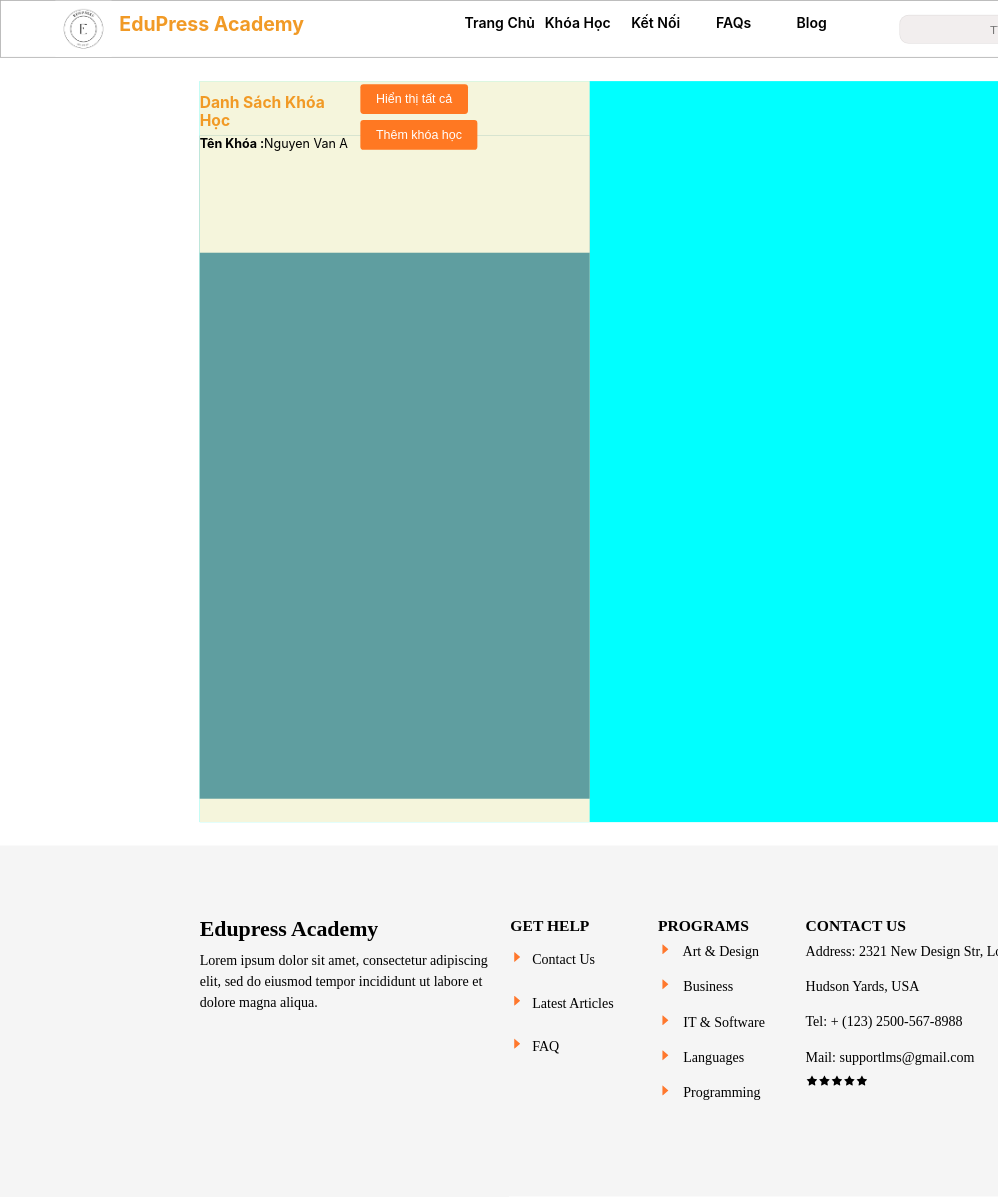
Repository: hieu1802/WebsiteEdupress
Page: /Management (app in my-app/Fontend/)
These files come from the project's save history. The page is drawn as it stood at one moment and after the next save; the edit follows.
The browser window is 1280 px wide. The pictures show the whole page, at 78% of full size.
The page's requests for data from a server got no answer. The project was rebuilt for these pictures with package versions that can differ from the ones it lists, and the page was loaded fresh each time. No one was signed in, and anything a server would have sent is missing. Also part of the build but not shown: my-app/Fontend/src/App.css, my-app/Fontend/src/Components/data/topCategories.jsx, my-app/Fontend/src/Components/HomePage/ContainerPage.jsx, my-app/Fontend/src/Components/HomePage/HomePage.jsx, my-app/Fontend/src/Components/Login/Login.css, my-app/Fontend/src/Components/Modal/Modal.css, my-app/Fontend/src/Components/Modal/Modal.jsx, my-app/Fontend/src/Components/Login/Login.jsx and 41 more.

Above is the page before, as saved 2024-11-03 13:08:06.

### my-app/Fontend/src/App.jsx
import logo from "./logo.svg";
import "./App.css";
import HomePage from "./Components/HomePage/HomePage.jsx";
import { BrowserRouter as Router, Routes, Route } from "react-router-dom";
import Login from "./Components/Login/Login";
import Register from "./Components/Register/Register";
import AdminPage from "./Components/AdminPage/AdminPage";
import LostPass from "./Components/LostPass/LostPass";
import CouresPage from "./Components/CouresPage/CouresPage.jsx";
import BlogPage from "./Components/BlogPage/BlogPage.jsx";
import ProtectedRoute from "./Components/ProtectedRoute.jsx";
import InfoCustomer from "./Components/InfoCustomer/InfoCustomer.jsx";
import CourseDetail from "./Course-detail/Coursedetail.js";
import DeleteAccount from "./Components/DeleteAccount/DeleteAccount.jsx";
import ContactPage from "./Components/ContactPage/ContactPage.jsx";
import FAQs from "./Components/FAQs/FAQs.jsx";
import Management from "./Components/Management/Management.jsx";


function App() {
  return (
    <>
      <Router>
        <Routes>
          <Route path="/" element={<HomePage />} />
          <Route path="/login" element={<Login />} />
          <Route path="/register" element={<Register />} />
          <Route path="/Management" element={<Management />} />
          <Route
            path="/admin"
            element={<ProtectedRoute component={AdminPage} />}
          />
          <Route path="/lostPass" element={<LostPass />} />
          <Route path="/CouresPage" element={<CouresPage />} />
          <Route path="/info-customer" element={<InfoCustomer />} />
          <Route path="/BlogPage" element={<BlogPage />} />
          <Route path="/Coursedetail" element={<CourseDetail />} />
          <Route path="/Coursedetail/:id" element={<CourseDetail />} />
          <Route path="/delete-account" element={<DeleteAccount />} />
          <Route path="/ContactPage" element={<ContactPage />} />
          <Route path="/FAQsPage" element={<FAQs />} />
        </Routes>
      </Router>
    </>
  );
}

export default App;

### my-app/Fontend/src/Components/Management/Management.jsx
import React from 'react'
import Header from '../HomePage/Header'
import Footer from '../HomePage/Footer'
import ContainerManagement from './ContainerManagement'
import './Management.css'

function Management() {
  return (
    <>
      <Header/>
      <ContainerManagement/>
      <Footer/>
    </>
  )
}

export default Management

### my-app/Fontend/src/Components/HomePage/Footer.jsx
import React from 'react'
import { AiFillStar,AiFillCaretRight } from "react-icons/ai";

function Footer() {
  return (
    <div className='footerPage'>
        <div className='footerContaier'>
            <div className='footerEdupress'>
                <h2>Edupress Academy</h2>
                <p>Lorem ipsum dolor sit amet, consectetur adipiscing elit, sed do eiusmod tempor incididunt ut labore et dolore magna aliqua.</p>
            </div>
            <div className='footerHelp'>
                <h2>GET HELP</h2>
                <a href='#'><AiFillCaretRight  style={{color:'FF782D', marginRight:'10px'}}/>Contact Us</a>
                <a href='#'><AiFillCaretRight  style={{color:'FF782D', marginRight:'10px'}}/>Latest Articles</a>
                <a href='#'><AiFillCaretRight  style={{color:'FF782D', marginRight:'10px'}}/>FAQ </a>
            </div>
            <div className='footerPrograms'>
                <h2>PROGRAMS</h2>
                <a href='#'><AiFillCaretRight  style={{color:'FF782D', marginRight:'10px'}}/> Art & Design</a>
                <a href='#'><AiFillCaretRight  style={{color:'FF782D', marginRight:'10px'}}/> Business</a>
                <a href='#'><AiFillCaretRight  style={{color:'FF782D', marginRight:'10px'}}/> IT & Software </a>
                <a href='#'><AiFillCaretRight  style={{color:'FF782D', marginRight:'10px'}}/> Languages </a>
                <a href='#'><AiFillCaretRight  style={{color:'FF782D', marginRight:'10px'}}/> Programming </a>
            </div>
            <div className='footerContact'>
                <h2>CONTACT US</h2>
                <p>Address: 2321 New Design Str, Lorem Ipsum10 Hudson Yards, USA</p>
                <p>Tel: + (123) 2500-567-8988<br/>
                Mail: supportlms@gmail.com</p>
                <span><AiFillStar/><AiFillStar/><AiFillStar/><AiFillStar/><AiFillStar/></span>
            </div>
        </div>
    </div>
  )
}

export default Footer

### my-app/Fontend/src/Components/AdminPage/AdminPage.css
.admin {
  font-family: Arial, sans-serif;
  padding: 20px;

  h1 {
    color: #ff7822;
  }

  h2 {
    color: #ff7822;
    margin-top: 30px;
  }

  table.listAcc {
    width: 100%;
    border-collapse: collapse;
    margin-top: 20px;

    th,
    td {
      border: 1px solid #ddd;
      padding: 8px;
      text-align: left;
    }

    th {
      background-color: #ff7822;
      color: white;
    }

    tr:nth-child(even) {
      background-color: #f2f2f2;
    }

    tr:hover {
      background-color: #ddd;
    }

    select {
      padding: 5px;
      border-radius: 4px;
      border: 1px solid #ccc;
    }
  }
}

button {
  background-color: #ff7822;
  color: white;
  border: none;
  padding: 10px 20px;
  text-align: center;
  text-decoration: none;
  display: inline-block;
  font-size: 16px;
  margin: 4px 2px;
  cursor: pointer;
  border-radius: 4px;
}

button:hover {
  background-color: #e56b1f;
}

form {
  margin-top: 20px;

  input[type="text"],
  input[type="password"],
  select {
    width: 100%;
    padding: 12px 20px;
    margin: 8px 0;
    display: inline-block;
    border: 1px solid #ccc;
    border-radius: 4px;
    box-sizing: border-box;
  }

  button {
    width: 100%;
    background-color: #ff7822;
    color: white;
    padding: 14px 20px;
    margin: 8px 0;
    border: none;
    border-radius: 4px;
    cursor: pointer;
  }

  button:hover {
    background-color: #e56b1f;
  }

  .input-group {
    position: relative;

    input[type="password"],
    input[type="text"] {
      padding-right: 40px;
    }

    .toggle-password-visibility {
      position: absolute;
      right: 10px;
      top: 50%;
      transform: translateY(-50%);
      cursor: pointer;
      color: #555;
    }
  }
}

@media (max-width: 480px) {
  .admin {
    padding: 10px;
  }

  table.listAcc {
    font-size: 12px;
  }

  th,
  td {
    padding: 6px;
  }

  .toggle-password-visibility {
    right: 5px;
  }

  form {
    margin-top: 10px;
  }

  input[type="text"],
  input[type="password"],
  select {
    padding: 10px;
    font-size: 14px;
  }

  button {
    padding: 10px 15px;
    font-size: 14px;
  }
}

### my-app/Fontend/src/Components/ContactPage/Contact.css
*{
    margin: 0;
    padding: 0;
}

.contactContainer{
    width: 1175px;
    height: 900px;
    margin-left: 20%;
    margin-top: 30px;
}

.contactBox{
    width: 100%;
    height: 450px;
    display: flex;
}

.contactInf{
    width: 400px;
    height: 300px;
}
.contactInf > h1{
    font-family: Exo;
    font-size: 36px;
    font-weight: 600;
    line-height: 43.2px;
    text-align: left;
    color: #000;
}

.info{
    width: 100%;
    height: 200px;
    margin-top: 30px;
}

.info > p{
    font-family: Jost;
    font-size: 18px;
    font-weight: 400;
    line-height: 27px;
    text-align: left;
}

.infoPhone{
    width: 250px;
    height: 50px;
    margin-top: 15px;
    display: flex;
}

.iconsInfo{
    width: 60px;
    height: 50px;
}

.iconsInfo > img{
    width: 100%;
    height: 100%;
}

.textInfo{
    width: 180px;
    height: 50px;
    margin-left: 10px;
    display: flex;
    flex-direction: column;
    justify-content: space-between;
}

.contactMap{
    width: 700px;
    height: 450px;
    margin-left: 30px;
    border-radius: 20px;
}

.contactMap > img{
    width: 100%;
    height: 100%;
    border-radius: 20px;
}

.contactUs{
    width: 100%;
    height: 400px;
    margin-top: 150px;
}

### my-app/Fontend/src/Components/FAQs/FAQs.css
*{
    padding: 0;
    margin: 0;
}

.ContainerFAQs{
    width: 1175px;
    height: 600px;
    margin-left: 20%;
    margin-top: 30px;
}

.ContainerFAQs > p{
    font-size: 16px;
    margin-top: 10px;
    margin-bottom: 10px;

}

.ContainerFAQs > img {
    width: 100%;
    height: 100%;
}

### my-app/Fontend/src/Components/Management/ContainerManagement.jsx
import React from 'react'
import ManagementCourse from './ManagementCourse'


function ContainerManagement() {
  return (
    <div className='managementContainer'>
      <ManagementCourse/>
    </div>
  )
}

export default ContainerManagement

### my-app/Fontend/src/Components/Management/Management.css
*{
    margin: 0;
    padding: 0;
}

.managementContainer{
    width: 1175px;
    height: 950px;
    margin-left: 20%;
    display: flex;
    margin-top: 30px;
    background-color: aqua;
}

.managementCourseContainer{
    width: 500px;
    height: 950px;
    background-color: beige;
}

.courseTitle{
    width: 100%;
    height: 50px;
    display: flex;
    justify-content: space-between;
}

.courseTitle > h3{
    font-size: 20px;
}

.courseMain{
    width: 100%;
    height: 850px;
    background-color: cadetblue;
    margin-top: 20px;
}

.boxCourse{
    width: 500px;
    height: 150px;
    margin-top: 15px;
    display: flex;
    background-color:beige
}

### my-app/Fontend/src/Components/data/FeaturedCoursesDaa.jsx
import img04 from "../img/img04.png";
import img05 from "../img/img05.png";
import img06 from "../img/img06.png";
import img07 from "../img/img07.png";
import img08 from "../img/img08.png";
import img09 from "../img/img09.png";

const topCourses = [
  {
    id: 1,
    img: img04,
    time: '2',
    student: '50',
    price: '4.000.000đ',
    sale: '2.000.000đ',
    lessons: '20',
    author: 'Christopher',
    courseName: 'Create an LMS Website with LearnPress'

  },
  {
    id: 2,
    img: img05,
    time: '3',
    student: '60',
    price: '5.000.000đ',
    sale: '2.500.000đ',
    lessons: '10',
    author: 'James',
    courseName: 'Create an CSS Website '
  },
  {
    id: 3,
    img: img06,
    time: '4',
    student: '90',
    price: '7.000.000đ',
    sale: '3.000.000đ',
    lessons: '25',
    author: 'Rebecca',
    courseName: 'Create an HTML Website '
  },
  {
    id: 4,
    img: img07,
    time: '2',
    student: '60',
    price: '6.000.000đ',
    sale: '3.500.000đ',
    lessons: '15',
    author: 'Jennifer',
    courseName: 'Create an CSS and REACT Website '
  },
  {
    id: 5,
    img: img08,
    time: '2',
    student: '70',
    price: '8.000.000đ',
    sale: '4.000.000đ',
    lessons: '24',
    author: 'Matthew',
    courseName: 'Create an REACT and SCSS Website '
  },
  {
    id: 6,
    img: img09,
    time: '2',
    student: '80',
    price: '9.000.000đ',
    sale: '6.000.000đ',
    lessons: '26',
    author: 'Daniel',
    courseName: 'Create an HTML and SCSS Website '
  },
];

export { topCourses }

### my-app/Fontend/src/Components/CouresPage/Container.css
*{
    margin: 0;
    padding: 0;
}

.container{
    width: 1175px;
    height: 1800px;
    margin-left: 20%;
    display: flex;
}

.boxProduct{
    width: 880px;
    height: 100%;
    padding-left:20px;
}

.boxProduct > h2{
    font-family: Exo;
    font-size: 36px;
    font-weight: 600;
    line-height: 43.2px;
    text-align: left;
}

.boxContent{
    width: 800px;
    height: 250px;
    margin-top: 30px;
    display: flex;
    border-radius: 20px 0 0 20px;
    border: 1px solid #00000048;
}

.boxImg{
    width: 300px;
    height: 100%;
}
.boxImg > img{
    width: 100%;
    height: 100%;
    border-radius: 20px 0 0 20px;
}

.boxTexT{
    width: 500px;
    height: 100%;
}

.text{
    width: 420px;
    height: 150px;
    display: flex;
    margin-left: 30px;
    flex-direction: column;
    justify-content: space-between;
}

.text > h4{
    margin-top: 10px;
    font-family: Jost;
    font-size: 24px;
    font-weight: 400;
    line-height: 24px;
    text-align: left;
}

.text > h5{
    font-family: Exo;
    font-size: 20px;
    font-weight: 600;
    line-height: 24px;
    text-align: left;
}

.iconsValue{
    width: 100%;
    height: 40px;
    display: flex;
    justify-content: space-between;
}

.icons{
    color: rgba(241, 152, 34, 0.979);
    font-size: 24px;
    margin-top: 8px;
}
.iconsValue> span{
    font-size: 18px;
}

.boxPrice{
    width: 100%;
    height: 50px;

    margin-top: 50px;
    display: flex;
    justify-content: space-between;
}

.priceBox{
    width: 280px;
    height: 100%;
    display: flex;
}

.priceBox > p{
    text-decoration: line-through;
    color: var(--Grey, #9D9D9D);
    font-weight: 700;
    margin-right: 10px;
    margin-left: 30px;
    font-size: 20px;
}

.priceBox > span{
    color: green;
    font-weight: 700;
    font-size: 20px;
}

.btnClick{
    width: 180px;
    height: 40px;
    border-radius: 24px;
    border: 1px solid #000;
    cursor: pointer;
    margin-right: 20px;
}

.btnClick > p{
    text-align: center;
    margin-top: 8px;
    font-weight: 600;
    color: red;
}

.btnClick:hover{
    background-color: red;
}

.btnClick > p:hover{
    color: #fff;
}

.boxSearch{
    width: 300px;
    height: 90%;
    background-color: beige;
}

.boxSearch > h2{
    font-family: Exo;
    font-size: 36px;
    font-weight: 600;
    line-height: 43.2px;
    text-align: left;
}

.searchValue{
    width: 100%;
    height: 500px;
    margin-top: 20px;
}

.searchValue > p{
    font-family: Exo;
    font-size: 24px;
    font-weight: 600;
    line-height: 43.2px;
    text-align: left;
    margin-bottom: 30px;
}

### my-app/Fontend/src/Course-detail/RegisterCourse.css
*{
    margin: 0;
    padding: 0;
}



.registration-form {
    position: relative;
    height: fit-content;
    padding: 20px;
    margin-left: 222px;
    display: flex;
    border: 1px solid black;
    width: 600px;
    flex-direction: column;

}

.registration-form label input {
    font-size: 25px;
    margin-left: 13px;
    border: none;
    border-bottom: 1px solid gray;
    width: 50%;
    height: 30px;
}


input:focus {
    outline: none;
}

.registration-form label {
    font-size: 25px;
}

.registration-form h2 {
    text-align: center;
}

.sale-course-price {
    font-size: 25px;
    margin: 15px 0 15px 0;
    width: fit-content;
}

.sale-price-form {
    margin-bottom: 20px;

    display: flex;
    justify-content: start;
}

.original-form-price {
    width: 600px;
    align-items: baseline;
    border-bottom: 3px solid black;
}

.phone-register-course {
    height: 30px;
    margin-top: 8px;
}

.payment-logo {
    display: flex;
    justify-content: space-around;
}

.payment-logo span {
    width: fit-content;
    cursor: pointer;
    border: 1px solid gray;


}

.payment-logo img {
    width: 100px;
    height: 100px;

}

.qr-code {

    width: fit-content;
    height: fit-content;
}

.qr-code img {
    width: 100%;
    height: 100%;
}

.original-priceS{
    text-decoration: line-through;
    color: #999;
    margin-right: 10px;
    font-size: 20px;
    margin-left: 10px;
    font-weight: 600;
}

.all-price > span{
    color: green;
    font-weight: 700;
}

.imgQr{
    width: 400px;
    height: 400px;
    margin-left: 30%;
}

### my-app/Fontend/src/Components/Management/ManagementCourse.jsx
import React, { useEffect, useState } from 'react';
import {
  AiFillSignal,
  AiOutlineUserAdd,
  AiOutlineClockCircle,
  AiFillBook
} from "react-icons/ai";
import { Link } from 'react-router-dom';
import axios from 'axios';

function ManagementCourse() {
  const [courses, setCourses] = useState([]);

    useEffect(() => {
        axios.get('http://localhost:8080/api/v1/courses')
            .then(response => {
                setCourses(response.data);
            })
            .catch(error => {
                console.error('There was an error fetching the courses!', error);
            });
    }, []);
  return (
    <div className='managementCourseContainer'>
        <div className='courseTitle'>
            <h3>Danh Sách Khóa Học</h3>
            <div>
              <button>Hiển thị tất cả</button>
              <button>Thêm khóa học</button>
            </div>
        </div>
        <div className='courseMain'>
            <div className='boxCourse'>
                <h4>Tên Khóa :</h4> <span>Nguyen Van A</span>
            </div>
        </div>
    </div>
  )
}

export default ManagementCourse

Loaded but not shown: my-app/Fontend/public/index.html (common file); my-app/Fontend/src/index.js (common file); my-app/Fontend/src/index.css (common file); my-app/Fontend/src/reportWebVitals.js (common file); my-app/Fontend/src/Components/HomePage/HomePage.css (871 lines, source omitted); my-app/Fontend/src/Components/HomePage/Header.jsx (141 lines, source omitted); my-app/Fontend/src/Components/BlogPage/BlogPage.css (218 lines, source omitted)

After the next save:
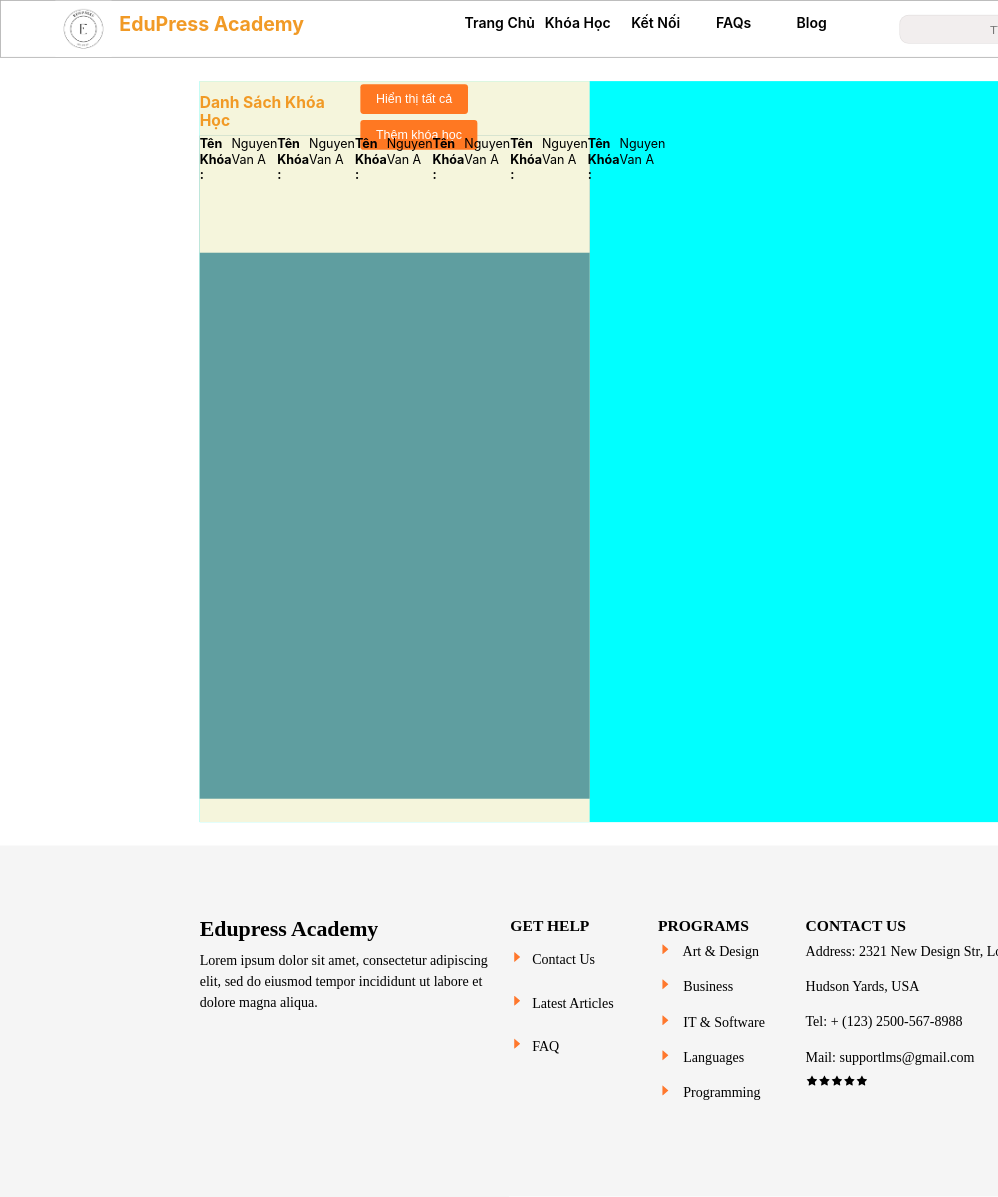
Saved 89 s later.
--- a/my-app/Fontend/src/Components/Management/ManagementCourse.jsx
+++ b/my-app/Fontend/src/Components/Management/ManagementCourse.jsx
@@ -32,6 +32,11 @@
         <div className='courseMain'>
             <div className='boxCourse'>
                 <h4>Tên Khóa :</h4> <span>Nguyen Van A</span>
+                <h4>Tên Khóa :</h4> <span>Nguyen Van A</span>
+                <h4>Tên Khóa :</h4> <span>Nguyen Van A</span>
+                <h4>Tên Khóa :</h4> <span>Nguyen Van A</span>
+                <h4>Tên Khóa :</h4> <span>Nguyen Van A</span>
+                <h4>Tên Khóa :</h4> <span>Nguyen Van A</span>
             </div>
         </div>
     </div>

After the save that followed:
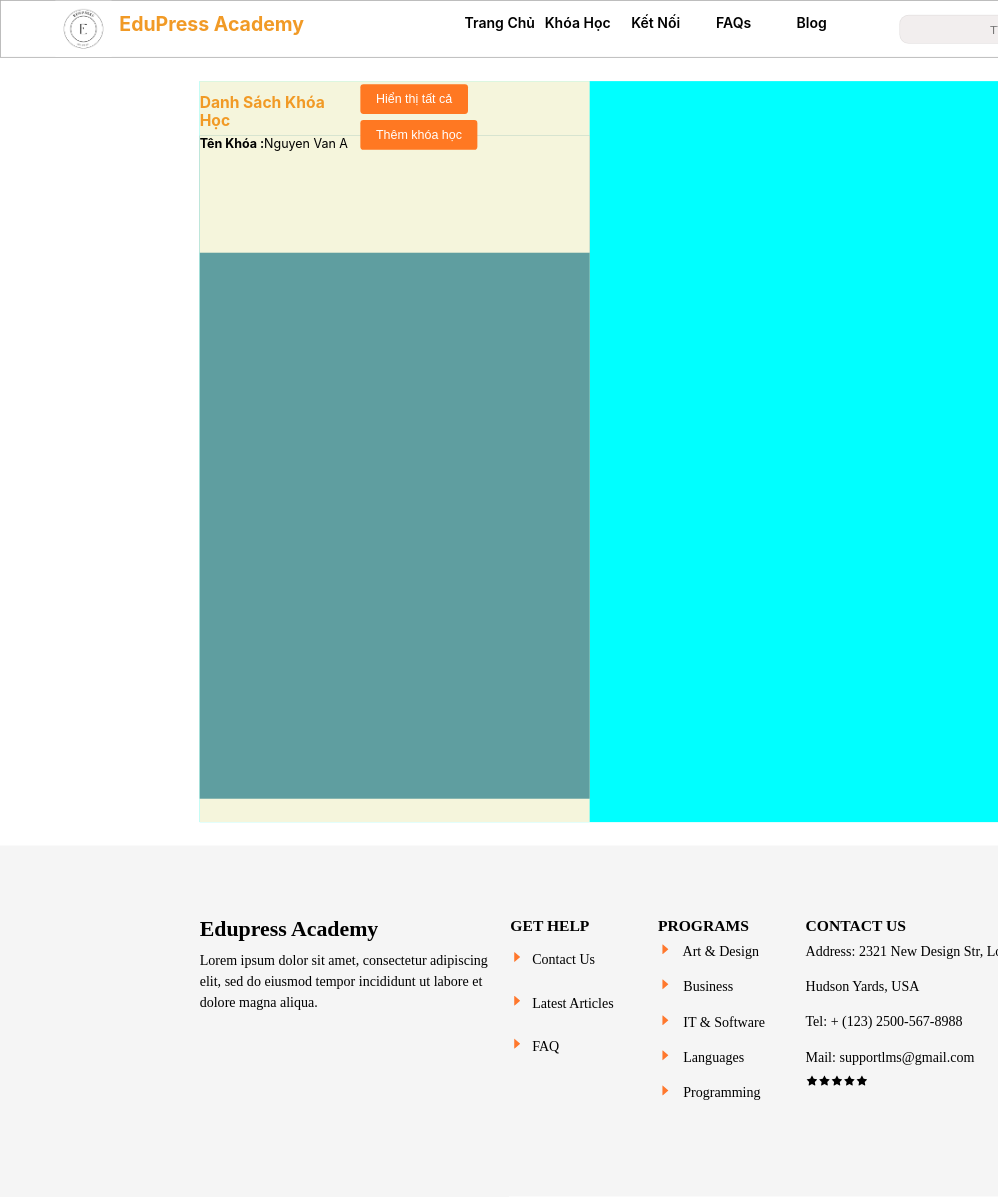
Saved 10 s later.
--- a/my-app/Fontend/src/Components/Management/ManagementCourse.jsx
+++ b/my-app/Fontend/src/Components/Management/ManagementCourse.jsx
@@ -32,11 +32,6 @@
         <div className='courseMain'>
             <div className='boxCourse'>
                 <h4>Tên Khóa :</h4> <span>Nguyen Van A</span>
-                <h4>Tên Khóa :</h4> <span>Nguyen Van A</span>
-                <h4>Tên Khóa :</h4> <span>Nguyen Van A</span>
-                <h4>Tên Khóa :</h4> <span>Nguyen Van A</span>
-                <h4>Tên Khóa :</h4> <span>Nguyen Van A</span>
-                <h4>Tên Khóa :</h4> <span>Nguyen Van A</span>
             </div>
         </div>
     </div>
